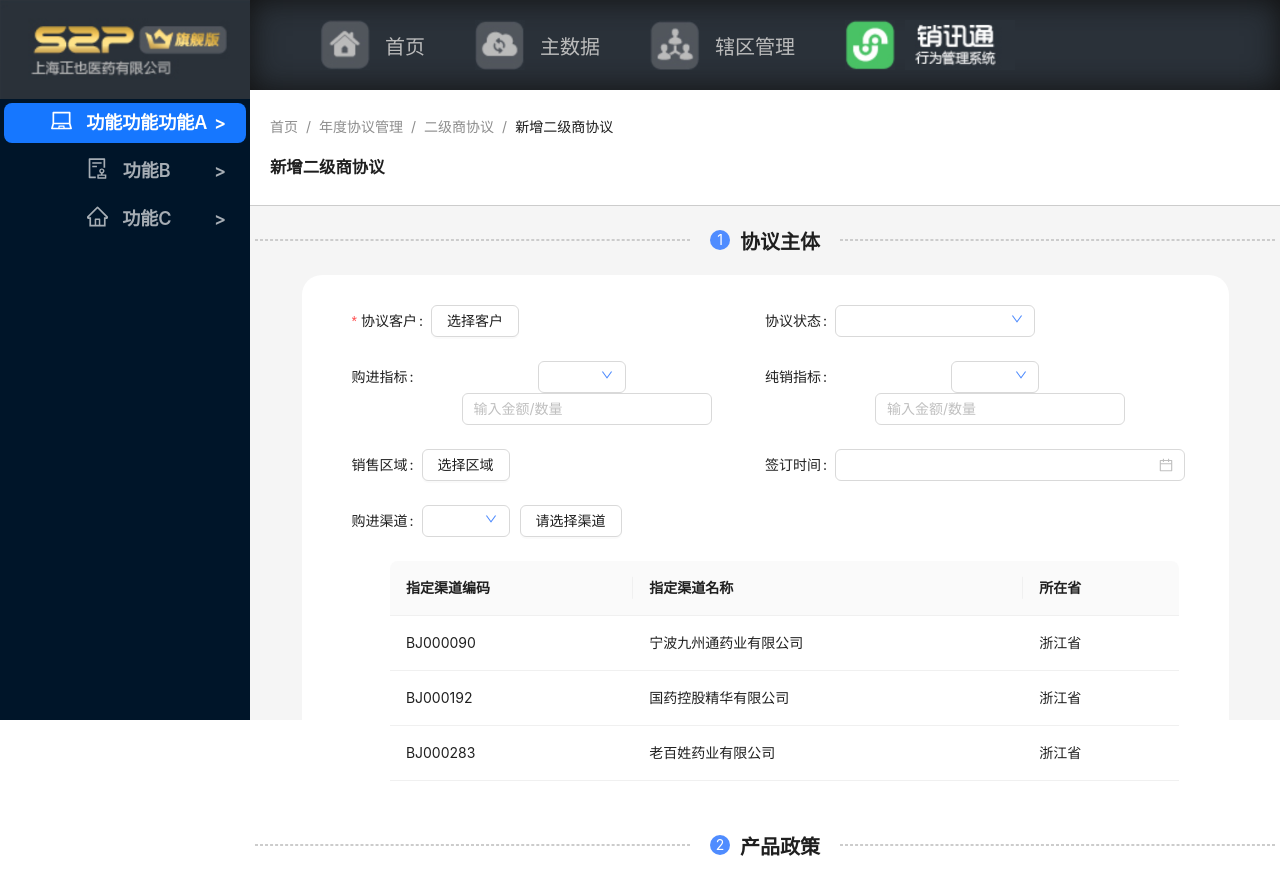
Repository: XiChips/questionB
Page: /
The author's editor kept a copy of each file at every save. The page is drawn from the files as they stood at one save, then again after the next save.
The browser window is 1280 px wide. The pictures show the whole page.
The project was rebuilt for these pictures with package versions that can differ from the ones it lists, and the page was loaded fresh each time. Also part of the build but not shown: vue.config.js.

Above is the page before, as saved 2024-02-28 13:36:56.

### src/main.js
import { createApp } from 'vue'
import App from './App.vue'
import router from './router'
import store from './store'
import { setupAntd } from './ant-design-vue/index'
import { message } from "ant-design-vue";
import './assets/css/index.css'
// import axios from "axios";
// moment.locale('zh-cn')
const app = createApp(App)
setupAntd(app)
// app.use(Button).use(Layout)
app.use(store).use(router).mount('#app')



// app.config.globalProperties.$axios = axios
app.config.globalProperties.$message = message

### src/router/index.js
import { createRouter, createWebHashHistory } from 'vue-router'

const routes = [
  {
    path: '/',
    name: 'home',
    component: () => import('../views/home.vue')
  },
  {
    path: '/about',
    name: 'about',

    component: () => import('../views/AboutView.vue')
  }
]

const router = createRouter({
  history: createWebHashHistory(),
  routes
})

export default router

### src/ant-design-vue/index.js
import { Button, Layout, Image, Form, Checkbox,Radio, Input, Popover, Menu, Drawer, Breadcrumb, Typography, message, Divider, Table, DatePicker, Popconfirm, Space, InputNumber, Select, PageHeader, Steps, Statistic, Transfer, Upload, Switch, Modal, Tabs } from 'ant-design-vue';

// import 'ant-design-vue/dist/antd.min.css'

const components = [
    Button,
    Layout,
    Form,
    Input,
    Menu,
    Breadcrumb,
    Table,
    Popconfirm,
    Select,
    PageHeader,
    Steps,
    Transfer,
    Upload,
    Switch,
    Modal,
    Tabs,
    Statistic,
    InputNumber,
    Space,
    DatePicker,
    Divider,
    Image,
    Typography,
    Drawer,
    Popover,
    Radio,
    Checkbox
]

export function setupAntd(app) {
    components.forEach(component => {
        app.use(component)
    })
    app.config.globalProperties.$message = message
}

### src/assets/css/index.css
body {
    margin: 0;
}

.logo img {
    width: 100%;
}

:where(.css-dev-only-do-not-override-1hsjdkk).ant-menu-dark {
    background-color: rgb(42, 49, 57);
}

.ant-menu .anticon {
    margin-right: 10px;
    font-size   : 18px;
}


.ant-upload-select-picture-card i {
    font-size: 32px;
    color    : #999;
}

.ant-upload-select-picture-card .ant-upload-text {
    margin-top: 8px;
    color     : #666;
}

.ant-upload-list-picture-card .ant-upload-list-item:hover .ant-upload-list-item-info:before {
    left: 0;
}

.ant-page-header {
    background: #fff;
}

.ant-page-header.has-breadcrumb {
    padding: 5px 24px;
}

.ant-menu {
    font-size  : 18px;
    font-weight: 600;
}

.ant-tabs-tab span {
    color      : #000;
    font-weight: bold;
    display    : inline-block;
}


.ant-upload-list-picture-card .ant-upload-list-item-info:before {
    left: 0
}

hr {
    width       : 90%;
    margin      : 0 auto;
    border-color: #99999910;
}

.title {
    background-color: rgb(42, 49, 57);
    display         : flex;
    height          : fit-content;
    padding         : 20px 70px;
    color           : rgb(187, 187, 187);
    box-shadow      : inset 0px 0 30px #111;
}

.title>div {
    margin-right: 50px;
    font-size   : 20px;
}

.title img {
    width         : 50px;
    height        : 50px;
    margin-right  : 15px;
    vertical-align: middle;
}

.title span {
    display         : inline-block;
    vertical-align  : middle;
    /* margin-bottom: 5px; */
}

:where(.css-dev-only-do-not-override-1hsjdkk).ant-menu-inline.ant-menu-root .ant-menu-item>.ant-menu-title-content,
:where(.css-dev-only-do-not-override-1hsjdkk).ant-menu-inline.ant-menu-root .ant-menu-submenu-title>.ant-menu-title-content {
    flex: none;
}

.ant-menu .anticon svg {
    width : 1.5em;
    height: 1.5em;
}

.title2 {
    display        : flex;
    justify-content: space-between;
    align-items    : center;
}

.title2>div {
    width: 300px;
}

.title2 hr {
    height: 1px;
    border: 1px dashed #ccc;
    margin: 0 5px;
}

.title2 span {
    display         : inline-block;
    width           : 20px;
    height          : 20px;
    line-height     : 20px;
    background-color: rgb(79, 140, 255);
    color           : #fff;
    border-radius   : 50%;
    margin-right    : 10px;
    vertical-align  : middle;
}


.title2 p {
    display       : inline-block;
    font-size     : 20px;
    vertical-align: middle;
    font-weight   : bold;
}

.area {
    background-color: #fff;
    border-radius   : 20px;
    width           : 90%;
    margin          : 0 auto;
    padding         : 30px 50px;
}

.line2 {
    display        : flex;
    justify-content: space-between;
}

.line2>div {
    width: 50%;
}

.area .ant-form-item-control-input {
    width: 25vw;
}

.ant-form-item-control-input-content {
    flex: none !important;
}

:where(.css-dev-only-do-not-override-1hsjdkk).ant-form-item .ant-form-item-label {
    /* position: relative; */
    overflow: visible;
}

:where(.css-dev-only-do-not-override-1hsjdkk).ant-form-item .ant-form-item-label>label.ant-form-item-required:not(.ant-form-item-required-mark-optional)::before {
    position: absolute;
    left    : -12px;
    top     : 7px
}

:where(.css-dev-only-do-not-override-1hsjdkk).ant-select .ant-select-arrow .anticon>svg{
    vertical-align: middle;
}

### src/views/home.vue
<template>
  <a-layout>
    <a-layout>
      <a-layout-sider width="250">
        <a-menu theme="dark" v-model:selectedKeys="selectedKeys" v-model:openKeys="openKeys" mode="inline" :style="{ height: '100%', borderRight: 0 }">
          <div class="logo">
            <img src="../assets/images/logo.png" alt="">
          </div>
          <!-- <hr /> -->

          <div v-for="(item, i) in links" style="display: flex;justify-content: space-between;">
            <a-menu-item v-if="item.children == undefined" :key="`item${i}_0`" @click="changeTab(item.name)">
              <LaptopOutlined v-if="item.name == '功能功能功能A'" />
              <AuditOutlined v-if="item.name == '功能B'" />
              <HomeOutlined v-if="item.name == '功能C'" />
              {{ item.name }}
              <span style="position: absolute;right: 20px;">{{ ">" }}</span>
            </a-menu-item>

          </div>
        </a-menu>
      </a-layout-sider>
      <a-layout style="padding: 0px 0px 24px" theme="dark">
        <a-layout-content :style="{ background: 'rgb(245,245,245)', padding: '0px', margin: 0, minHeight: '280px', }">

          <div class="title">
            <div><img src="../assets/images/icon1.png" alt=""><span>首页</span></div>
            <div><img src="../assets/images/icon2.png" alt=""><span>主数据</span></div>
            <div><img src="../assets/images/icon3.png" alt=""><span>辖区管理</span></div>
            <div><img src="../assets/images/icon4.png" alt=""><img src="../assets/images/text.png" style="width: auto;margin-left: -5px;" alt=""></div>
          </div>
          <div style="padding: 10px 20px;background-color: rgb(255,255,255);border-bottom: 1px solid #ccc;">
            <a-breadcrumb :style="{ margin: '36px 20px' }">
              <a-breadcrumb-item>首页</a-breadcrumb-item>
              <a-breadcrumb-item>年度协议管理</a-breadcrumb-item>
              <a-breadcrumb-item>二级商协议</a-breadcrumb-item>
              <a-breadcrumb-item>新增二级商协议</a-breadcrumb-item>
            </a-breadcrumb>
            <h3 style="text-align: left;">
              新增二级商协议
            </h3>
          </div>
          <div class="content">
            <div class="title2">
              <hr>
              <div>
                <span>1</span>
                <p>协议主体</p>
              </div>
              <hr>
            </div>
            <div class="area">
              <a-form :model="formState" autocomplete="off" @finish="onFinish" @finishFailed="onFinishFailed">
                <div class="line2">

                  <a-form-item label="协议客户" :rules="[{ required: true}]">
                    <a-button v-if="visible" @click="selectCustom">选择客户</a-button>
                    <a-select defaultOpen v-if="!visible" v-model:value="inputs.value1c" show-search placeholder="" style="width: 200px" :options="options" :filter-option="filterOption" @focus="handleFocus" @blur="handleBlur" @change="changeCustom"></a-select>
                    <span style="margin-left: 20px;">{{ inputs.value1 }}</span>
                  </a-form-item>
                  <a-form-item label="协议状态">
                    <a-select v-model:value="inputs.value2" placeholder="" style="width: 200px" :options="options2" :filter-option="filterOption" @focus="handleFocus" @blur="handleBlur" @change="handleChange">
                      <template #suffixIcon>
                        <down-outlined style="width: 15px;height: 15px;color: rgb(78,139,254);" />
                      </template>
                    </a-select>
                  </a-form-item>
                </div>
                <div class="line2">
                  <a-form-item label="购进指标">
                    <a-select v-model:value="inputs.value3" placeholder="" style="width: 88px" :options="options3" :filter-option="filterOption" @focus="handleFocus" @blur="handleBlur" @change="handleChange">
                      <template #suffixIcon>
                        <down-outlined style="width: 15px;height: 15px;color: rgb(78,139,254);" />
                      </template>
                    </a-select>
                    <a-input v-model:value="inputs.value3" placeholder="输入金额/数量" style="width: 250px;margin-left: 10px;"></a-input>
                  </a-form-item>
                  <a-form-item label="纯销指标">
                    <a-select v-model:value="inputs.value3" placeholder="" style="width: 88px" :options="options3" :filter-option="filterOption" @focus="handleFocus" @blur="handleBlur" @change="handleChange">
                      <template #suffixIcon>
                        <down-outlined style="width: 15px;height: 15px;color: rgb(78,139,254);" />
                      </template>
                    </a-select>
                    <a-input v-model:value="inputs.value3" placeholder="输入金额/数量" style="width: 250px;margin-left: 10px;"></a-input>
                  </a-form-item>
                </div>
                <div class="line2">
                  <a-form-item label="销售区域">
                    <a-button v-if="visible2" @click="selectArea">选择区域</a-button>
                    <a-select v-if="!visible2" v-model:value="inputs.value7c" placeholder="" style="width: 88px" :options="options4" :filter-option="filterOption" @focus="handleFocus" @blur="handleBlur" @change="changeArea">
                      <template #suffixIcon>
                        <down-outlined style="width: 15px;height: 15px;color: rgb(78,139,254);" />
                      </template>
                    </a-select>
                    <a-button type="primary" v-if="inputs.value7.length" v-for="(item,id) in inputs.value7" style="margin-left: 10px;"><span @click="deleteItem(id)">{{ item }}
                        <close-outlined /></span></a-button>
                  </a-form-item>
                  <a-form-item label="签订时间">
                    <a-date-picker placeholder="" show-time v-model:value="value1" style="width:350px" />
                  </a-form-item>
                </div>
              </a-form>
              <div class="line2">
                <a-form-item label="购进渠道">
                  <a-select v-model:value="inputs.value3" placeholder="" style="width: 88px" :options="options5" :filter-option="filterOption" @focus="handleFocus" @blur="handleBlur" @change="handleChange">
                    <template #suffixIcon>
                      <down-outlined style="width: 15px;height: 15px;color: rgb(78,139,254);" />
                    </template>
                  </a-select>
                  <a-button style="margin-left: 10px;">请选择渠道</a-button>
                </a-form-item>
              </div>

              <div style="padding-left: 3vw;">
                <a-table :dataSource="data" :columns="columns" :pagination="false" />
              </div>

            </div>

            <div class="title2">
              <hr>
              <div>
                <span>2</span>
                <p>产品政策</p>
              </div>
              <hr>
            </div>
          </div>
          <!-- <router-view v-else></router-view> -->
        </a-layout-content>
      </a-layout>

    </a-layout>
  </a-layout>
</template>
<script>
import {
  UserOutlined,
  LaptopOutlined,
  NotificationOutlined,
  HomeOutlined,
  TeamOutlined,
  DesktopOutlined,
  BarChartOutlined,
  ContactsOutlined,
  AuditOutlined,
  ScheduleOutlined,
  ToolOutlined,
  FundProjectionScreenOutlined,
  UserSwitchOutlined,
  TransactionOutlined,
  DownOutlined,
  CloseOutlined
} from "@ant-design/icons-vue";
import { defineComponent, ref } from "vue";

export default defineComponent({
  components: {
    UserOutlined,
    LaptopOutlined,
    NotificationOutlined,
    HomeOutlined,
    TeamOutlined,
    DesktopOutlined,
    BarChartOutlined,
    ContactsOutlined,
    AuditOutlined,
    ScheduleOutlined,
    ToolOutlined,
    FundProjectionScreenOutlined,
    UserSwitchOutlined,
    TransactionOutlined,
    DownOutlined,
    CloseOutlined
  },
  name: "home",
  data() {
    return {
      activeKey: 0,
      formState: {
        username: "",
        password: "",
      },
      inputs: {
        value1: "",
        value1c: "",
        value2: "",
        value3: "",
        value4: "",
        value7c: "",
        value7: [],
      },
      visible: true,
      visible2: true,
      links: [
        {
          name: "功能功能功能A",
        },
        {
          name: "功能B",
        },
        {
          name: "功能C",
        },
      ],
      options: [{ value: "上海正也医药有限公司", id: "上海正也医药有限公司" }],
      options2: [{ value: "正常", id: "正常" }, { value: "异常", id: "异常" }],
      options3: [{ value: "金额", id: "金额" }, { value: "金额", id: "金额" }],
      options4: [{ value: "全国", id: "全国" }, { value: "上海", id: "上海" }],
      options5: [{ value: "指定渠道", id: "指定渠道" }],
      pages: [{ name: "首页", link: "/" }],
      data: [{
        col1: "BJ000090",
        col2: "宁波九州通药业有限公司",
        col3: "浙江省",
      },
      {
        col1: "BJ000192",
        col2: "国药控股精华有限公司",
        col3: "浙江省",
      },
      {
        col1: "BJ000283",
        col2: "老百姓药业有限公司",
        col3: "浙江省",
      }],
      columns: [
        {
          title: '指定渠道编码',
          dataIndex: 'col1',
          key: 'col1',
        },
        {
          title: '指定渠道名称',
          dataIndex: 'col2',
          key: 'col2',
        },
        {
          title: '所在省',
          dataIndex: 'col3',
          key: 'col3',
        }
      ],
      routes: [],
    };
  },
  setup() {
    return {
      selectedKeys: ref(["item0_0"]),
      collapsed: ref(false),
      openKeys: ref(["title1"]),
      basePath: "/index",
    };
  },
  methods: {
    changeTab() {

    },
    selectCustom() {
      this.visible = false
      this.inputs.value1c = ""
    },
    changeCustom() {
      this.visible = true
      this.inputs.value1 = this.inputs.value1c
    },
    selectArea() {
      this.visible2 = false
      this.inputs.value7c = ""
    },
    changeArea() {
      this.inputs.value7.push(this.inputs.value7c)
      this.inputs.value7 = Array.from(new Set(this.inputs.value7))
      this.inputs.value7c = ""
    },
    deleteItem(id) {
      this.inputs.value7.splice(id, 1)
    }
  },
  created() { },
  beforeMounte() { },
  mounted() {

  },
  watch: {
    $route(to, from) {
      // console.log(from.path);//从哪来
      // console.log(to.path);//到哪去
    },
  },
});
</script>
<style>
.ant-layout {
  height: 100vh;
}
.ant-breadcrumb {
  margin: 16px 0 !important;
}
</style>

Loaded but not shown: public/index.html (common file); src/App.vue (common file); src/store/index.js (common file)

After the next save:
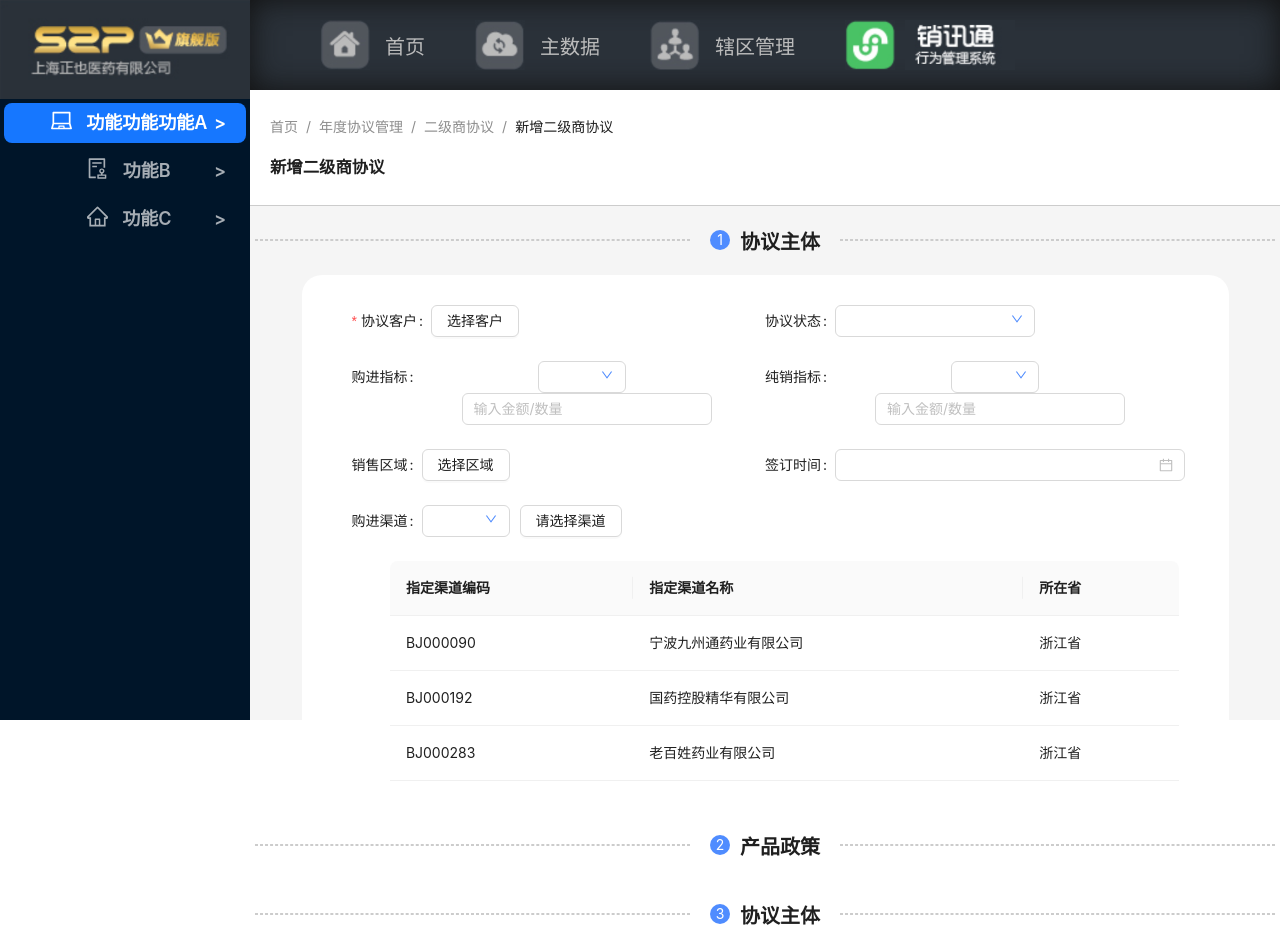
Saved 10 s later.
--- a/src/views/home.vue
+++ b/src/views/home.vue
@@ -122,6 +122,15 @@
               <div>
                 <span>2</span>
                 <p>产品政策</p>
+              </div>
+              <hr>
+            </div>
+
+            <div class="title2">
+              <hr>
+              <div>
+                <span>3</span>
+                <p>协议主体</p>
               </div>
               <hr>
             </div>
